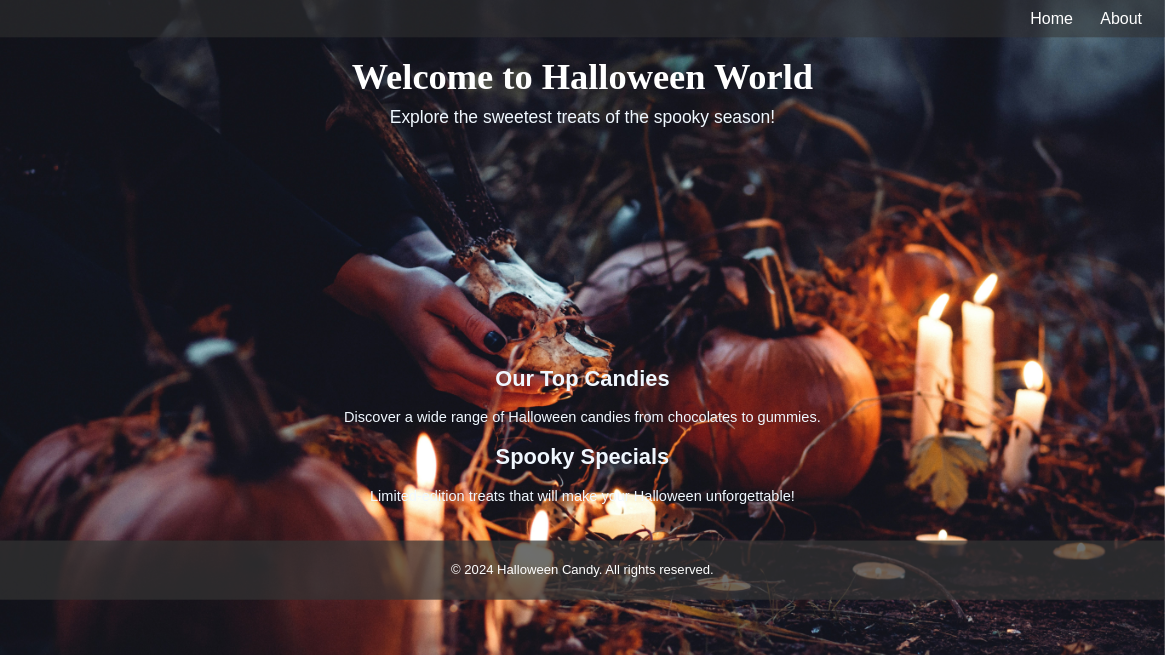
Repository: monicaifijeh/test2
Page: kyportfolio/src/indexHallo.html
The author's editor kept a copy of each file at every save. The page is drawn from the files as they stood at one save, then again after a run of saves.
The browser window is 1280 px wide. The pictures show the whole page, at 91% of full size.

Above is the page before, as saved 2024-12-20 17:52:22.

After the next 2 saves:
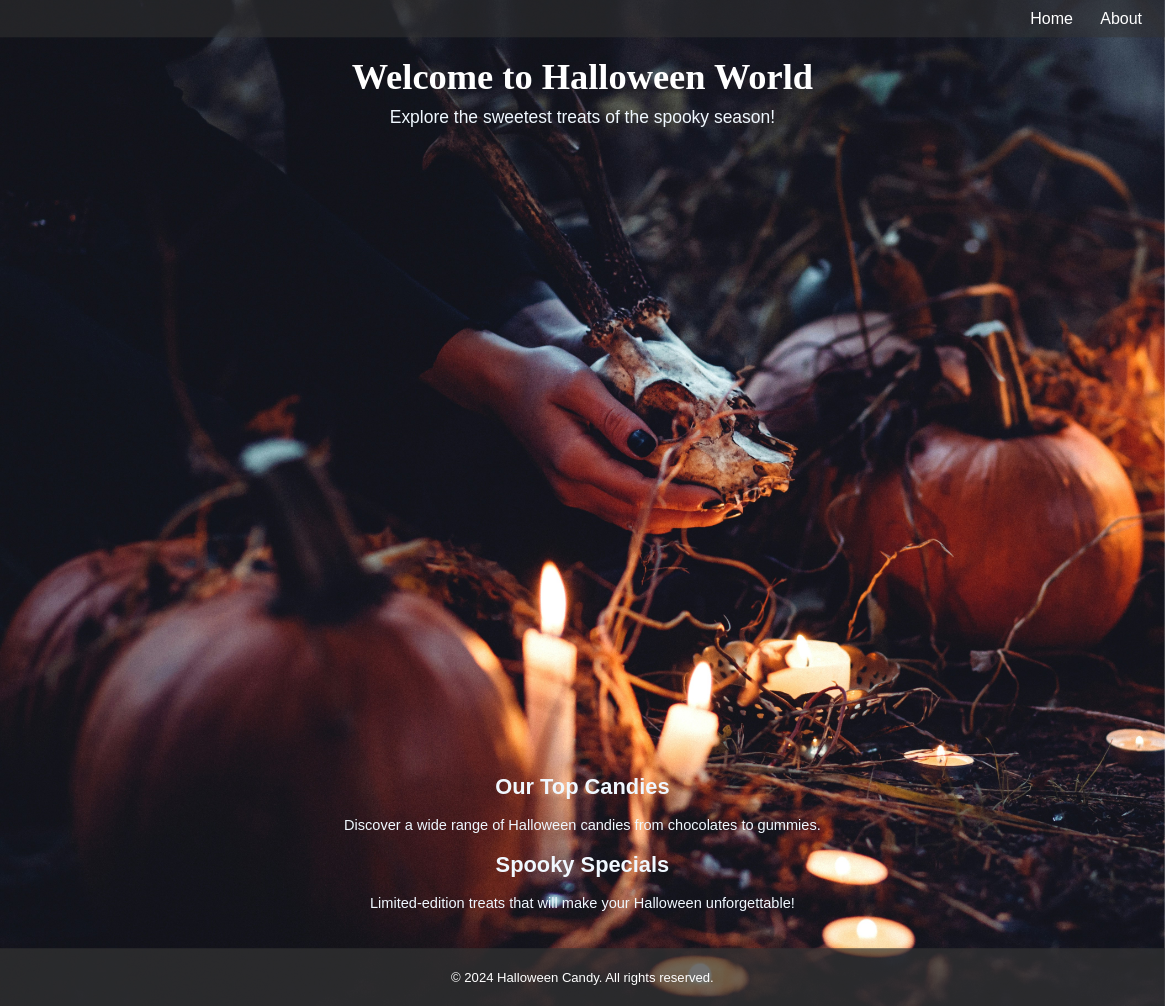
The 2 saves are shown as one change because they came seconds apart.
The last was saved 24 s later.
--- a/kyportfolio/src/kystyle.css
+++ b/kyportfolio/src/kystyle.css
@@ -58,7 +58,7 @@ main {
     padding: 20px;
     box-sizing: border-box;
     display: block;
-    margin-top: 15%;
+    margin-top: 50%;
 }
 
 section {
